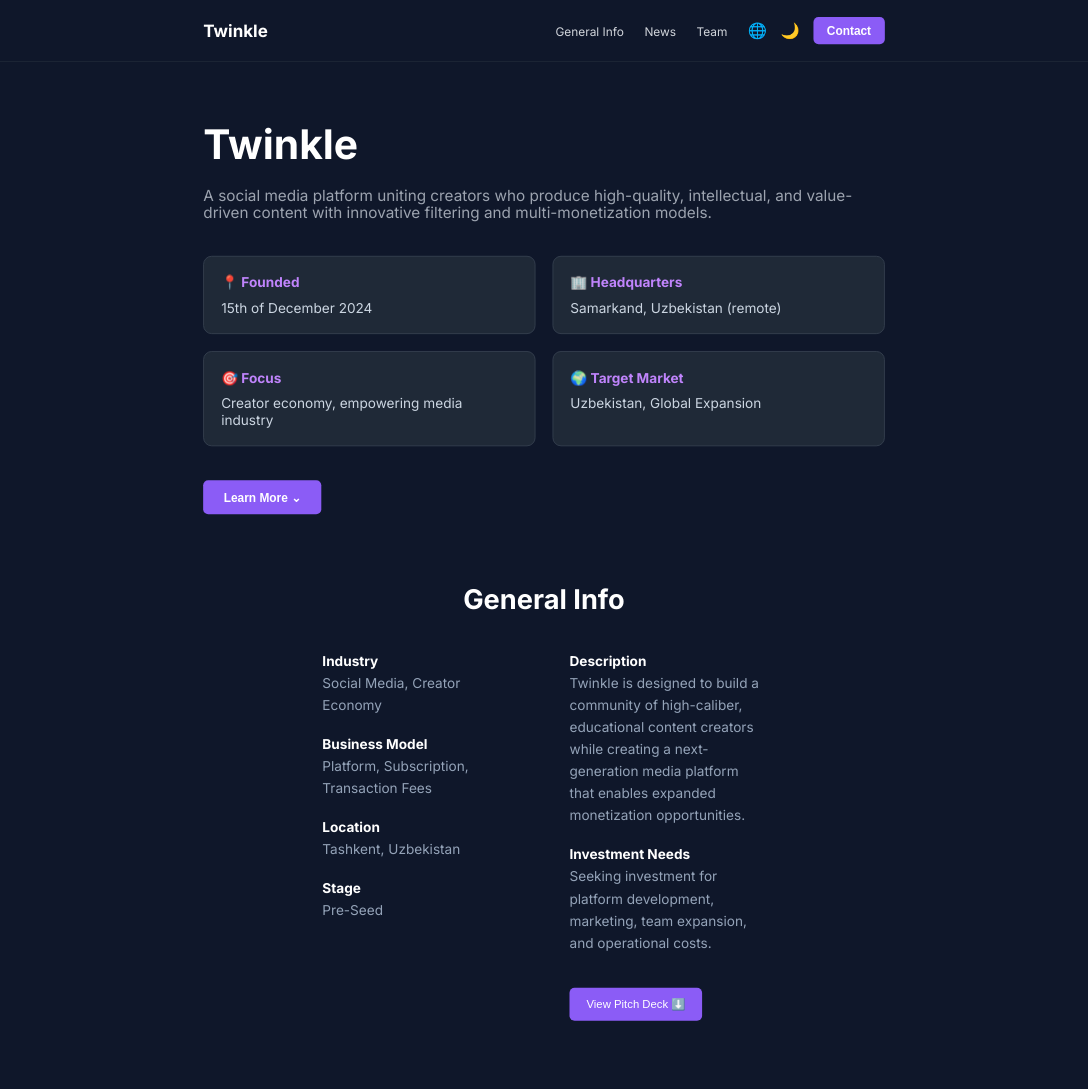
Repository: techboy-33/Twinkle-web
Page: index.html
These files come from the project's save history. The page is drawn as it stood at one moment and after the next save; the edit follows.
The browser window is 1280 px wide. The pictures show the whole page, at 85% of full size.

Above is the page before, as saved 2025-05-12 10:19:56.

### index.html
<!DOCTYPE html>
<html lang="en">

<head>
    <meta charset="UTF-8" />
    <meta name="viewport" content="width=device-width, initial-scale=1.0" />
    <title>Twinkle</title>
    <link href="styles.css" rel="stylesheet" />
    <link href="https://fonts.googleapis.com/css2?family=Inter:wght@400;600;700&display=swap" rel="stylesheet">
</head>

<body>
    <header class="navbar">
        <div class="container nav-inner">
            <div class="logo">Twinkle</div>
            <div class="nav-right">
                <nav class="nav-links">
                    <a href="#">General Info</a>
                    <a href="#">News</a>
                    <a href="#">Team</a>
                </nav>
                <div class="nav-icons">
                    <button class="icon-btn">🌐</button>
                    <button class="icon-btn">🌙</button>
                    <button class="contact-btn">Contact</button>
                </div>
            </div>
        </div>
    </header>

    <main class="container">
        <section class="hero_container">
            <div class="hero">

                <h1>Twinkle</h1>
                <p class="subtitle">
                    A social media platform uniting creators who produce high-quality, intellectual, and value-driven
                    content with innovative filtering and multi-monetization models.
                </p>

                <div class="info-grid">
                    <div class="info-card">
                        <h3>📍 Founded</h3>
                        <p>15th of December 2024</p>
                    </div>
                    <div class="info-card">
                        <h3>🏢 Headquarters</h3>
                        <p>Samarkand, Uzbekistan (remote)</p>
                    </div>
                    <div class="info-card">
                        <h3>🎯 Focus</h3>
                        <p>Creator economy, empowering media industry</p>
                    </div>
                    <div class="info-card">
                        <h3>🌍 Target Market</h3>
                        <p>Uzbekistan, Global Expansion</p>
                    </div>
                </div>

                <button class="learn-btn">Learn More ⌄</button>
            </div>
        </section>
        <section class="general-info">
            <h2>General Info</h2>
            <div class="info-columns">
                <div class="left">
                    <p><strong>Industry</strong><br>Social Media, Creator Economy</p>
                    <p><strong>Business Model</strong><br>Platform, Subscription, Transaction Fees</p>
                    <p><strong>Location</strong><br>Tashkent, Uzbekistan</p>
                    <p><strong>Stage</strong><br>Pre-Seed</p>
                </div>
                <div class="right">
                    <p><strong>Description</strong><br>
                        Twinkle is designed to build a community of high-caliber, educational content creators while
                        creating a next-generation media platform that enables expanded monetization opportunities.
                    </p>
                    <p><strong>Investment Needs</strong><br>
                        Seeking investment for platform development, marketing, team expansion, and operational costs.
                    </p>
                    <button class="pitch-btn">View Pitch Deck ⬇️</button>
                </div>
            </div>
        </section>
    </main>
</body>

</html>

### styles.css
* {
  margin: 0;
  padding: 0;
  box-sizing: border-box;
}

body {
  margin: 0;
  background-color: #0f172a;
  font-family: 'Inter', sans-serif;
  color: #cbd5e1;
  padding-top: 80px;
}

.container {
  padding: 0 60px;
  margin: 0 14%;
}

.navbar {
  position: fixed;
  top: 0;
  width: 100%;
  background-color: #0f172a;
  z-index: 1000;
  border-bottom: 1px solid #1f2937;
  padding: 20px 0;
}

.nav-inner {
  display: flex;
  justify-content: space-between;
  align-items: center;
}

.hero {
  max-width: 812px;
  padding-top: 60px;
  text-align: left;
}

.logo {
  font-size: 20px;
  font-weight: 700;
  color: white;
}

.nav-right {
  display: flex;
  align-items: center;
  gap: 24px;
}

.nav-links {
  display: flex;
  gap: 24px;
}

.nav-links a {
  text-decoration: none;
  color: #d1d5db;
  font-weight: 500;
  font-size: 14px;
}

.nav-icons {
  display: flex;
  align-items: center;
  gap: 16px;
}

.icon-btn {
  background: none;
  border: none;
  color: #d1d5db;
  font-size: 18px;
  cursor: pointer;
}

.contact-btn {
  background-color: #8b5cf6;
  border: none;
  color: white;
  padding: 8px 16px;
  border-radius: 6px;
  font-weight: 600;
  font-size: 14px;
  cursor: pointer;
}


.main-container {
  max-width: 1200px;
  margin: 60px auto;
  padding-left: 60px;
  display: flex;
  justify-content: flex-start;
}


.hero h1 {
  font-size: 48px;
  font-weight: 700;
  color: white;
  margin-bottom: 20px;
}

.subtitle {
  font-size: 18px;
  color: #9ca3af;
  margin-bottom: 40px;
}

.info-grid {
  display: grid;
  grid-template-columns: repeat(auto-fit, minmax(260px, 1fr));
  gap: 20px;
  margin-bottom: 40px;
}

.info-card {
  background-color: #1f2937;
  padding: 20px;
  border-radius: 10px;
  border: 1px solid #374151;
}

.info-card h3 {
  font-size: 16px;
  color: #c084fc;
  margin-bottom: 10px;
}

.learn-btn {
  background-color: #8b5cf6;
  color: white;
  border: none;
  padding: 12px 24px;
  font-weight: 600;
  border-radius: 6px;
  cursor: pointer;
  font-size: 14px;
}

/* General Info Section */
.general-info {
  padding: 80px 140px;
}

.general-info h2 {
  text-align: center;
  font-size: 32px;
  color: white;
  margin-bottom: 40px;
}

.info-columns {
  display: flex;
  gap: 60px;
  justify-content: space-between;
}

.info-columns .left,
.info-columns .right {
  flex: 1;
}

.info-columns p {
  margin-bottom: 20px;
  color: #94a3b8;
  line-height: 26px;
}

.info-columns strong {
  color: white;
}

/* Pitch Deck Button */
.pitch-btn {
  background-color: #8b5cf6;
  color: white;
  border: none;
  padding: 12px 20px;
  font-weight: 500;
  border-radius: 6px;
  margin-top: 20px;
  cursor: pointer;
}

After the next save:
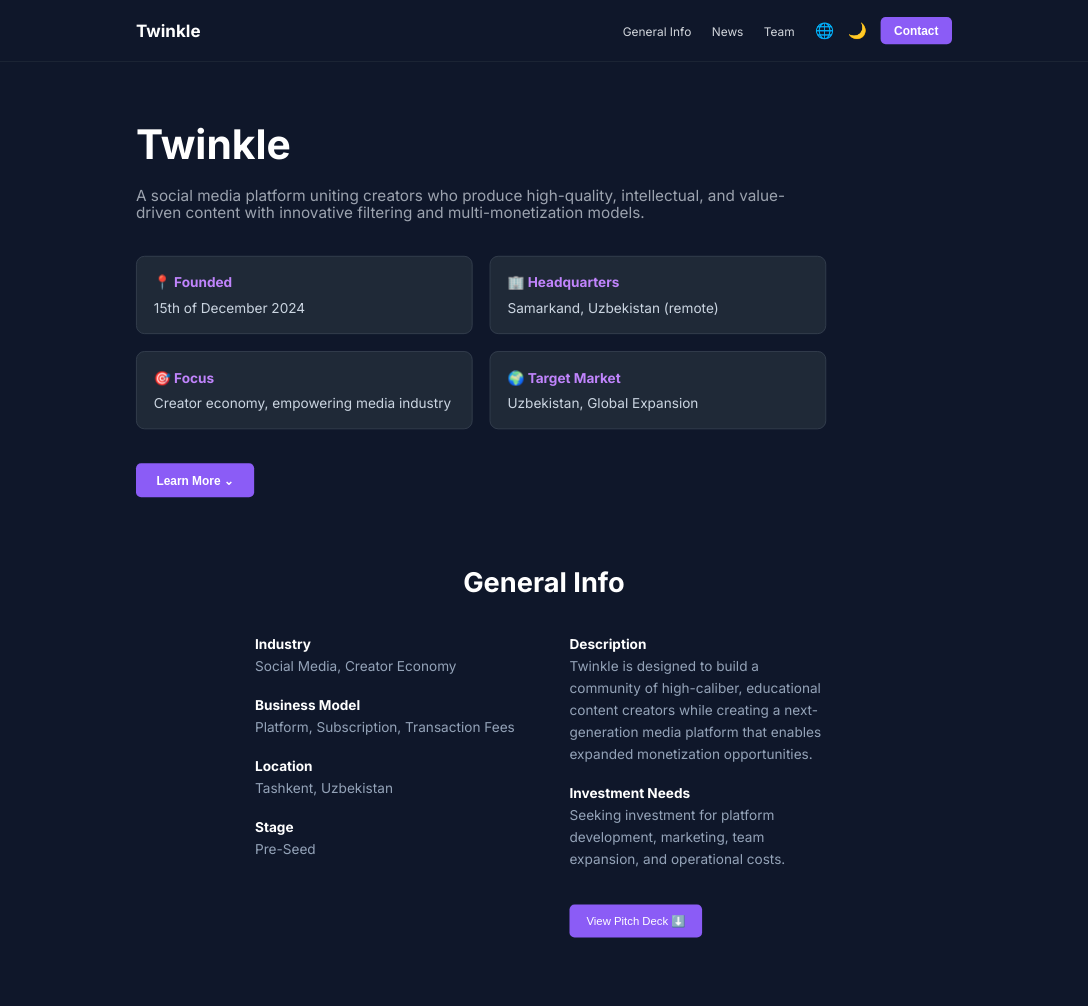
Saved 32 s later.
--- a/styles.css
+++ b/styles.css
@@ -13,8 +13,7 @@
 }
 
 .container {
-  padding: 0 60px;
-  margin: 0 14%;
+  padding: 0 160px;
 }
 
 .navbar {
